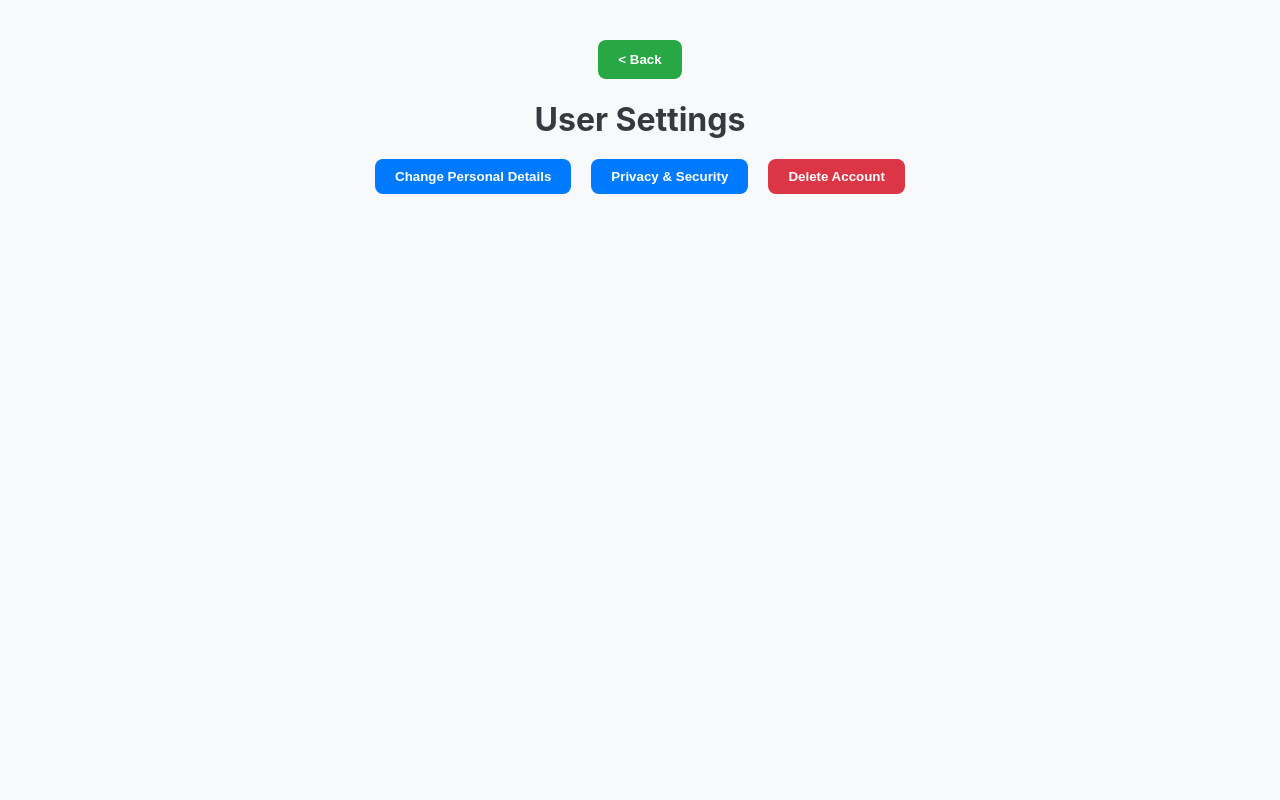
Repository: aab232/https---github.com-aab232-Deferred-Payment-Platform
Page: /settings (app in frontend/)
An editor plug-in stored every save of this project. The page is shown before and after the next save, followed by the edit.
The browser window is 1280 px wide. The pictures show the whole page.
The project was rebuilt for these pictures with package versions that can differ from the ones it lists, and the page was loaded fresh each time. Also part of the build but not shown: frontend/src/components/Home.js, frontend/src/components/Form.css, frontend/src/components/Register.js, frontend/src/components/Login.js, frontend/src/components/Main.js.

Above is the page before, as saved 2025-03-25 01:41:37.

### frontend/src/App.js
import React from 'react';
import { BrowserRouter as Router, Routes, Route } from 'react-router-dom';
import Home from './components/Home';
import Register from './components/Register';
import Login from './components/Login';
import Main from './components/Main';
import Settings from './components/Settings';

const App = () => {
  return (
    <Router>
      <Routes>
        <Route path="/" element={<Home />} />
        <Route path="/login" element={<Login />} />
        <Route path="/register" element={<Register />} />
        <Route path="/main" element={<Main />} />
        <Route path="/settings" element={<Settings />} />
      </Routes>
    </Router>
  );
};

export default App;

### frontend/src/components/Settings.js
import React, { useState } from 'react';
import { useNavigate } from 'react-router-dom';
import axios from 'axios';
import './Settings.css';
import BackButton from './BackButton'; // Import the BackButton component

const Settings = () => {
  const navigate = useNavigate();

  // Active Section & Subsection Management
  const [activeSection, setActiveSection] = useState('');
  const [activeSubSection, setActiveSubSection] = useState('');

  // Form State Management
  const [formData, setFormData] = useState({
    email: '',
    phone_number: '',
    credit_score: '',
    bank_account: '',
    currentPassword: '',
    newPassword: '',
    confirmPassword: '',
  });

  // Handle Input Changes
  const handleChange = (e) => {
    const { name, value } = e.target;
    setFormData({ ...formData, [name]: value });
  };

  // Update Personal Details
  const updateDetails = async (field) => {
    try {
      const response = await axios.put('http://localhost:5000/update-details', {
        [field]: formData[field],
      });
      alert(response.data.message);
    } catch (error) {
      alert('Error updating ' + field);
    }
  };

  // Update Password
  const updatePassword = async () => {
    if (formData.newPassword !== formData.confirmPassword) {
      alert('New passwords do not match.');
      return;
    }
    try {
      const response = await axios.put('http://localhost:5000/update-password', {
        currentPassword: formData.currentPassword,
        newPassword: formData.newPassword,
      });
      alert(response.data.message);
    } catch (error) {
      alert('Error updating password.');
    }
  };

  // Delete Account
  const deleteAccount = async () => {
    if (window.confirm('Are you sure you want to delete your account? This action is irreversible.')) {
      try {
        await axios.delete('http://localhost:5000/delete-account');
        alert('Account deleted successfully.');
        navigate('/login');
      } catch (error) {
        alert('Error deleting account.');
      }
    }
  };

  return (
    <div className="settings-container">
      <BackButton /> {/* Add the Back button here */}
      <h1>User Settings</h1>

      <div className="menu">
        <button onClick={() => setActiveSection('personalDetails')}>
          Change Personal Details
        </button>
        <button onClick={() => setActiveSection('privacySecurity')}>
          Privacy & Security
        </button>
        <button onClick={deleteAccount} className="danger">
          Delete Account
        </button>
      </div>

      {/* Change Personal Details Section */}
      {activeSection === 'personalDetails' && (
        <div className="dropdown">
          <button onClick={() => setActiveSubSection('email')}>Update Email</button>
          <button onClick={() => setActiveSubSection('phone_number')}>Update Phone Number</button>
          <button onClick={() => setActiveSubSection('credit_score')}>Update Credit Score</button>
          <button onClick={() => setActiveSubSection('bank_account')}>Update Bank Account Details</button>
        </div>
      )}

      {activeSection === 'privacySecurity' && (
        <div className="dropdown">
          <button onClick={() => setActiveSubSection('password')}>Change Password</button>
          <p className="info">🔒 2FA and account verification coming soon.</p>
        </div>
      )}

      {/* Input Forms (Display Based on Active Subsection) */}
      {activeSubSection && (
        <div className="section">
          {activeSubSection !== 'password' ? (
            <>
              <h2>Update {activeSubSection.replace('_', ' ')}</h2>
              <input
                type={activeSubSection === 'email' ? 'email' : 'text'}
                name={activeSubSection}
                placeholder={`Enter new ${activeSubSection.replace('_', ' ')}`}
                value={formData[activeSubSection]}
                onChange={handleChange}
              />
              <button onClick={() => updateDetails(activeSubSection)}>
                Save Changes
              </button>
            </>
          ) : (
            <>
              <h2>Change Password</h2>
              <input
                type="password"
                name="currentPassword"
                placeholder="Current Password"
                value={formData.currentPassword}
                onChange={handleChange}
              />
              <input
                type="password"
                name="newPassword"
                placeholder="New Password"
                value={formData.newPassword}
                onChange={handleChange}
              />
              <input
                type="password"
                name="confirmPassword"
                placeholder="Confirm New Password"
                value={formData.confirmPassword}
                onChange={handleChange}
              />
              <button onClick={updatePassword}>Update Password</button>
            </>
          )}
        </div>
      )}
    </div>
  );
};

export default Settings;

### frontend/src/components/Home.css
.container {
    display: flex;
    justify-content: center;
    align-items: center;
    height: 100vh; /* Full viewport height */
    background: linear-gradient(135deg, #252f3b, #252d3b); /* Elegant gradient */
  }

  .card {
    text-align: center;
    background: #fff;
    padding: 40px 60px;
    border-radius: 24px;
    box-shadow: 0 8px 32px rgba(0, 0, 0, 0.2);
    max-width: 350px;
    width: 100%;
  }

  h1 {
    margin-bottom: 16px;
    font-size: 28px;
    color: #252f3b;
  }

  p {
    margin-bottom: 32px;
    font-size: 16px;
    color: #555;
  }

  .button-group {
    display: flex;
    justify-content: space-between;
  }

  .btn {
    padding: 12px 24px;
    font-size: 16px;
    border: none;
    border-radius: 30px; /* Rounded buttons */
    cursor: pointer;
    transition: background 0.3s ease;
    color: white;
    background: #252f3b;
  }

  .btn:hover {
    background: #252f3b; /* Button hover effect */
  }

### frontend/src/components/Main.css
.main-container {
    display: flex;
    flex-direction: column;
    align-items: center;
    justify-content: center;
    height: 100vh;
    background: #f8f9fa;
  }

  .taskbar {
    position: absolute;
    top: 20px;
    right: 40px;
    display: flex;
    gap: 20px;
  }

  .tab {
    cursor: pointer;
    padding: 8px 16px;
    border-radius: 8px;
    transition: background 0.3s ease;
  }

  .tab:hover {
    background: #F7D6E0;
    color: white;
  }

  .logout {
    color: red;
  }

  h1 {
    font-size: 2rem;
    color: #343a40;
  }

  p {
    color: #6c757d;
  }

### frontend/src/components/Settings.css
.settings-container {
  display: flex;
  flex-direction: column;
  align-items: center;
  padding: 40px 20px;
  background: #f8f9fa;
  min-height: 100vh;
}

h1 {
  color: #343a40;
  margin-bottom: 20px;
}

.menu {
  display: flex;
  gap: 20px;
  margin-bottom: 40px;
}

.menu button {
  padding: 10px 20px;
  border: none;
  border-radius: 8px;
  cursor: pointer;
  transition: background 0.3s ease;
  font-weight: bold;
  background: #007bff;
  color: white;
}

.menu .danger {
  background: #dc3545;
}

.menu button:hover {
  opacity: 0.8;
}

/* Dropdown styling */
.dropdown {
  display: flex;
  flex-direction: column;
  gap: 10px;
  margin-top: 20px;
}

.dropdown button {
  padding: 8px 16px;
  border: none;
  border-radius: 8px;
  background: #6c757d;
  color: white;
  cursor: pointer;
  transition: background 0.3s ease;
}

.dropdown button:hover {
  background: #495057;
}

/* Section Styling */
.section {
  width: 100%;
  max-width: 600px;
  background: white;
  padding: 30px;
  border-radius: 16px;
  box-shadow: 0 8px 24px rgba(0, 0, 0, 0.1);
  margin-top: 20px;
}

h2 {
  color: #495057;
  margin-bottom: 20px;
}

input {
  width: 100%;
  padding: 12px;
  margin-bottom: 15px;
  border: 1px solid #ced4da;
  border-radius: 8px;
  font-size: 14px;
}

button {
  padding: 12px 20px;
  border: none;
  border-radius: 8px;
  cursor: pointer;
  background: #28a745;
  color: white;
  font-weight: bold;
}

button:hover {
  opacity: 0.9;
}

.info {
  margin-top: 20px;
  color: #6c757d;
}

### frontend/src/components/BackButton.js
import React from 'react';
import { useNavigate } from 'react-router-dom';
import './BackButton.css'; // For custom styling

const BackButton = () => {
  const navigate = useNavigate();

  return (
    <button
      className="back-btn"
      onClick={() => navigate(-1)} // This goes to the previous page
    >
      &lt; Back
    </button>
  );
};

export default BackButton;

### frontend/src/components/BackButton.css
.back-button {
    padding: 8px 16px;
    border-radius: 8px;
    background: #f8f9fa;
    border: 1px solid #343a40;
    color: #343a40;
    cursor: pointer;
    transition: background 0.3s ease, color 0.3s ease;
  }

  .back-button:hover {
    background: #F7D6E0;
    color: white;
  }

Loaded but not shown: frontend/public/index.html (common file); frontend/src/index.js (common file); frontend/src/index.css (common file)

After the next save:
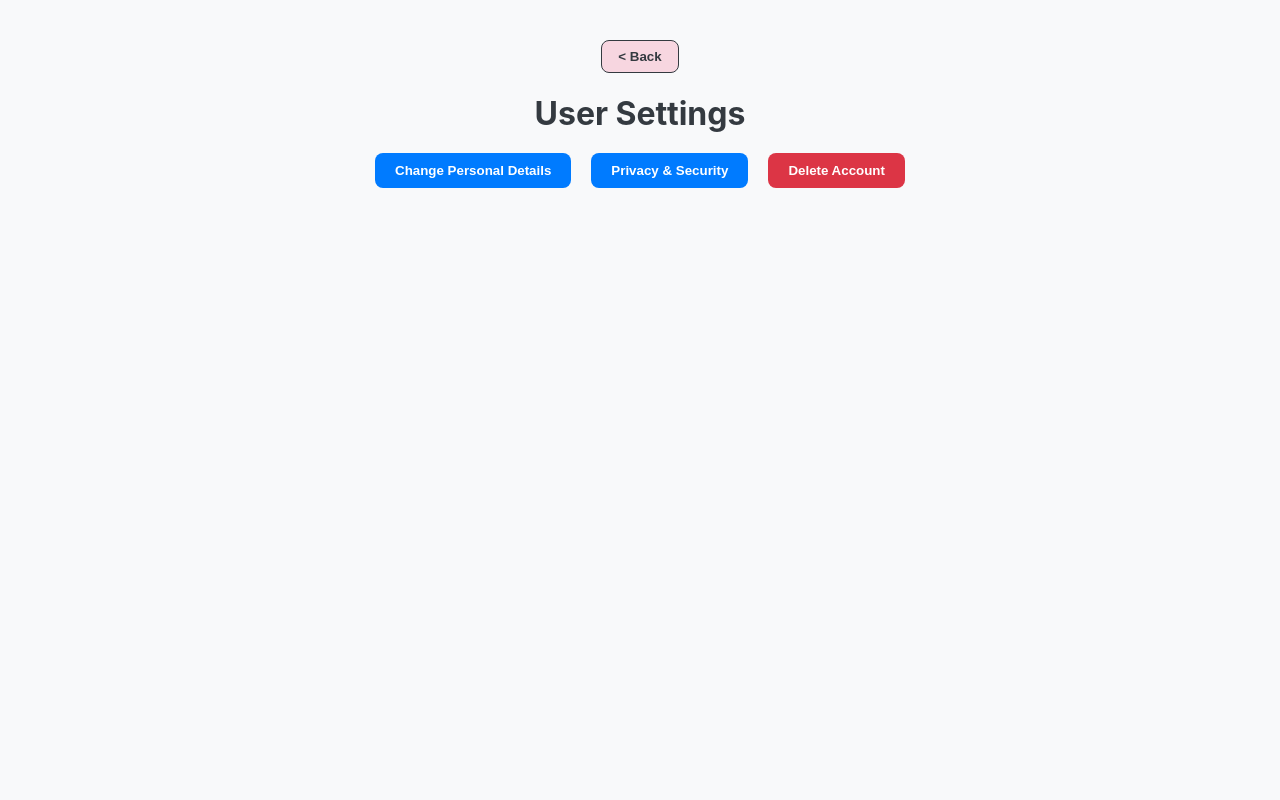
Saved 68 s later.
--- a/frontend/src/components/BackButton.js
+++ b/frontend/src/components/BackButton.js
@@ -1,15 +1,12 @@
 import React from 'react';
 import { useNavigate } from 'react-router-dom';
-import './BackButton.css'; // For custom styling
+import './BackButton.css'; // Link to the back button's specific CSS file
 
 const BackButton = () => {
   const navigate = useNavigate();
 
   return (
-    <button
-      className="back-btn"
-      onClick={() => navigate(-1)} // This goes to the previous page
-    >
+    <button className="back-button" onClick={() => navigate(-1)}>
       &lt; Back
     </button>
   );
--- a/frontend/src/components/BackButton.css
+++ b/frontend/src/components/BackButton.css
@@ -1,14 +1,14 @@
 .back-button {
     padding: 8px 16px;
     border-radius: 8px;
-    background: #f8f9fa;
-    border: 1px solid #343a40;
-    color: #343a40;
+    background: #F7D6E0; /* Set background to #F7D6E0 */
+    border: 1px solid #343a40; /* Optional: Add a border if you'd like */
+    color: #343a40; /* Text color */
     cursor: pointer;
     transition: background 0.3s ease, color 0.3s ease;
   }
 
   .back-button:hover {
-    background: #F7D6E0;
-    color: white;
+    background: #F7D6E0; /* Maintain the same color on hover */
+    color: white; /* Change text color to white on hover */
   }
